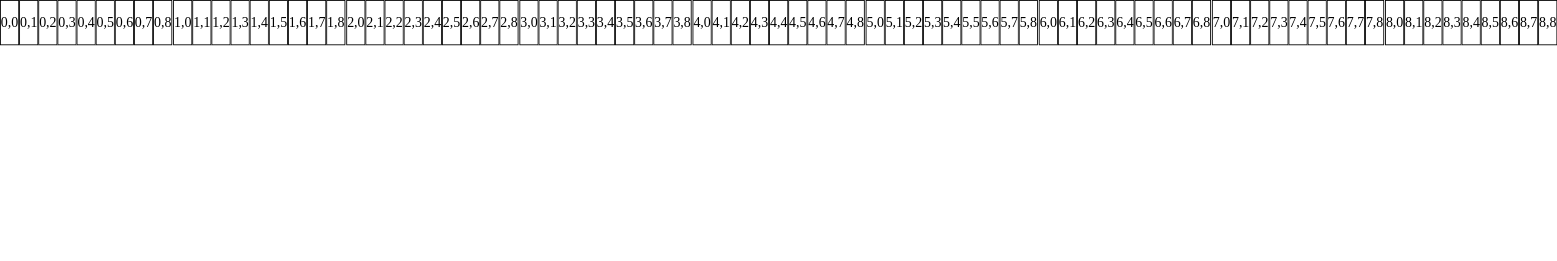
Repository: DaozhangChen/qiMen
Page: /
These files come from the project's save history. The page is drawn as it stood at one moment and after the next save; the edit follows.
The browser window is 1280 px wide. The page is 1790 px wide, then 1280 px, so the pictures cover 1790 px, including what lies to the right of the window. The pictures show the whole page, at 87% of full size.
The project was rebuilt for these pictures with package versions that can differ from the ones it lists, and the page was loaded fresh each time. Also part of the build but not shown: vite.config.js.

Above is the page before, as saved 2024-04-04 17:42:07.

### src/App.jsx
import Suduku from './compoment/Suduku'

function App() {

  return (
    <>
      <Suduku />
    </>
  )
}

export default App

### src/index.css
* {
  padding: 0;
  margin: 0;
}

ul,
li {
  list-style: none;
}

### src/compoment/Suduku.jsx
import "./Suduku.css"

function Suduku() {
    return (
        <div className="sudoku-grid">
            {/* 生成九宫格 */}
            {[...Array(9)].map((_, row) => (
                <div key={`row-${row}`} className="sudoku-row">
                    {[...Array(9)].map((_, col) => (
                        <div key={`cell-${row}-${col}`} className="sudoku-cell">
                            {row},{col}
                        </div>
                    ))}
                </div>
            ))}
        </div>
    )
}
export default Suduku

### src/compoment/Suduku.css
.sudoku-grid {
    display: grid;
    grid-template-columns: repeat(9, 1fr);
    gap: 1px;
}

.sudoku-row {
    display: flex;
}

.sudoku-cell {
    display: flex;
    align-items: center;
    justify-content: center;
    height: 50px;
    background-color: #ffffff;
    border: 1px solid #000000;
}

Loaded but not shown: index.html (common file); src/main.jsx (common file)

After the next save:
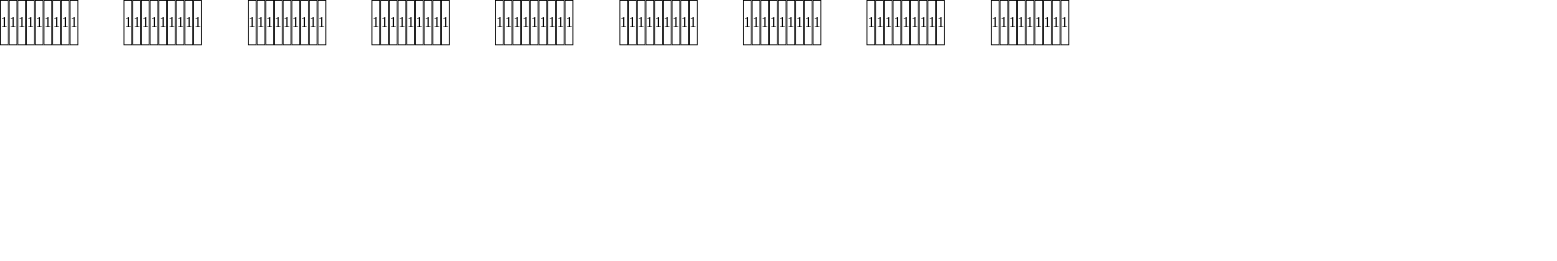
Saved 25 s later.
--- a/src/compoment/Suduku.jsx
+++ b/src/compoment/Suduku.jsx
@@ -8,7 +8,7 @@ function Suduku() {
                 <div key={`row-${row}`} className="sudoku-row">
                     {[...Array(9)].map((_, col) => (
                         <div key={`cell-${row}-${col}`} className="sudoku-cell">
-                            {row},{col}
+                            1
                         </div>
                     ))}
                 </div>
